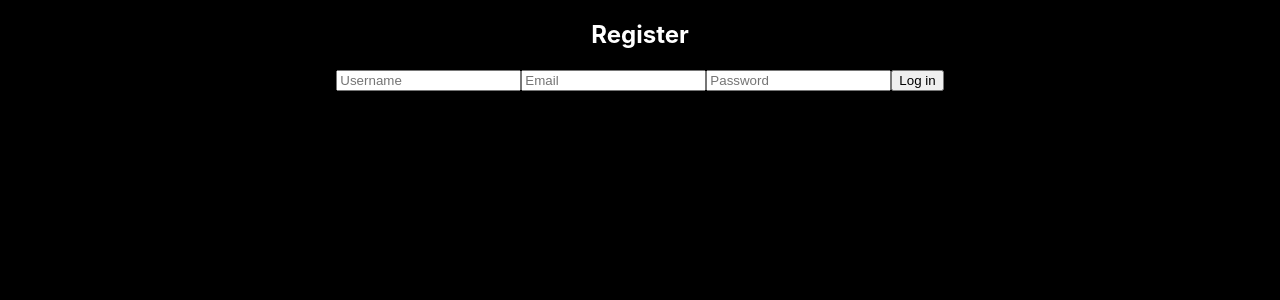
Repository: abhaysharma20233009/swiftKey
Page: /login (app in frontend/my-app/)
These files come from the project's save history. The page is drawn as it stood at one moment and after the next save; the edit follows.
The browser window is 1280 px wide. The pictures show the whole page.
The project was rebuilt for these pictures with package versions that can differ from the ones it lists, and the page was loaded fresh each time. Also part of the build but not shown: frontend/my-app/src/Swifts.js, frontend/my-app/src/Results.js.

Above is the page before, as saved 2024-10-10 15:46:11.

After the next save:
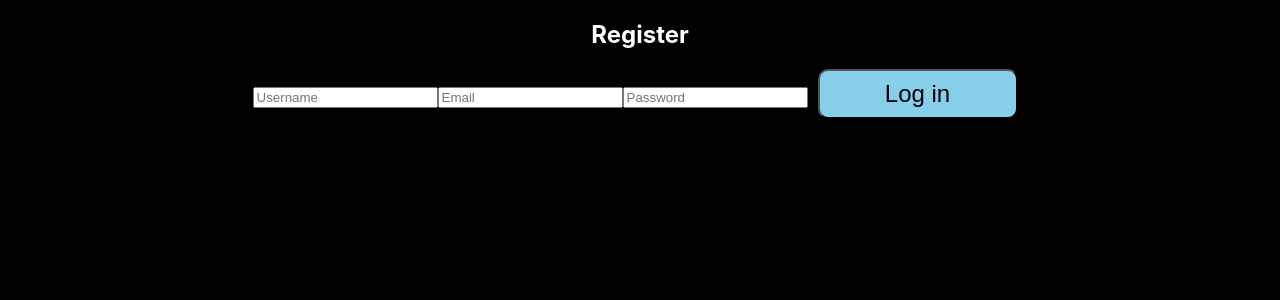
Saved 73 s later.
--- a/frontend/my-app/src/Login.js
+++ b/frontend/my-app/src/Login.js
@@ -72,7 +72,7 @@ const Login = () => {
                     onChange={(e) => setPassword(e.target.value)}
                     required
                 />
-                <button onClick={log}>Log in</button>
+                <button className="log" onClick={log}>Log in</button>
             </form>
         </div>
     );
